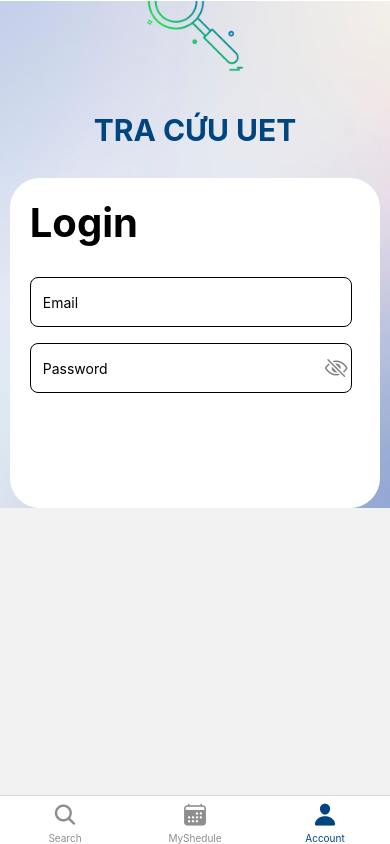
Repository: nguyenkhackien/Student-Progress-Tracker-
Screen: /Account (app in MyApp/)
The author's editor kept a copy of each file at every save. The screen is drawn from the files as they stood at one save, then again after a run of saves.
The app was drawn by React Native's web renderer in a window 390 px wide. The project was rebuilt for these pictures with package versions that can differ from the ones it lists, and the page was loaded fresh each time. Also part of the build but not shown: MyApp/src/components/MyScheduleScreen.js.

Above is the screen before, as saved 2024-07-21 22:05:01.

### MyApp/App.js
import { createBottomTabNavigator } from "@react-navigation/bottom-tabs"
import { StatusBar } from "react-native"
import { Platform, SafeAreaView, StyleSheet, Text, View } from "react-native"
import AccountScreen from "./src/components/AccountScreen"
import MyScheduleScreen from "./src/components/MyScheduleScreen"
import SearchScreen from "./src/components/SearchSreen"
import { NavigationContainer } from "@react-navigation/native"
import { primaryColor } from "./src/Constants/Color"
import { Ionicons } from "@expo/vector-icons"

const Tab = createBottomTabNavigator()
const screenOptions = {
    headerShown: false,
    tabBarActiveTintColor: primaryColor,
}
export default function App() {
    return (
        <SafeAreaView style={styles.root}>
            <NavigationContainer>
                <Tab.Navigator screenOptions={screenOptions}>
                    <Tab.Screen
                        name="Search"
                        component={SearchScreen}
                        options={{
                            tabBarIcon: ({ focus, color, size }) => {
                                return (
                                    <Ionicons
                                        name={"search"}
                                        size={size}
                                        color={color}
                                    />
                                )
                            },
                        }}
                    />
                    <Tab.Screen
                        name="MyShedule"
                        component={MyScheduleScreen}
                        options={{
                            tabBarIcon: ({ focus, color, size }) => {
                                return (
                                    <Ionicons
                                        name={"calendar"}
                                        size={size}
                                        color={color}
                                    />
                                )
                            },
                        }}
                    />
                    <Tab.Screen
                        name="Account"
                        component={AccountScreen}
                        options={{
                            tabBarIcon: ({ focus, color, size }) => {
                                return (
                                    <Ionicons
                                        name={"person"}
                                        size={size}
                                        color={color}
                                    />
                                )
                            },
                        }}
                    />
                </Tab.Navigator>
            </NavigationContainer>
        </SafeAreaView>
    )
}
const styles = StyleSheet.create({
    root: {
        flex: 1,
        paddingTop: Platform.OS === "android" ? StatusBar.currentHeight : 1,
    },

})

### MyApp/src/components/AccountScreen.js
import { StyleSheet, Text, View } from "react-native"
import LoginScreen from "./LoginScreen"
export default function AccountScreen() {
    return (
        <LoginScreen/>
    )
}
const style = StyleSheet.create({

})

### MyApp/src/components/SearchSreen.js
import { StyleSheet, Text, View } from "react-native"

export default function SearchScreen() {
    return (
        <View>
            <Text> Search screen</Text>
        </View>
    )
}

### MyApp/src/Constants/Color.js
export const primaryColor = "#004580"

### MyApp/src/components/LoginScreen.js
import React, { useState } from "react"
import {
    View,
    Text,
    Image,
    TextInput,
    TouchableOpacity,
    ImageBackground,
} from "react-native"
import { Ionicons } from "@expo/vector-icons"
import { primaryColor } from "../Constants/Color"

const LoginScreen = () => {
    const [Email, setEmail] = useState("")
    const [password, setPassword] = useState("")
    const [passwordVisible, setPasswordVisible] = useState(false)

    const togglePasswordVisibility = () => {
        setPasswordVisible(!passwordVisible)
    }

    return (
        <View>
            <ImageBackground
                source={require("../../assets/bgc.png")}
                style={{ width: "100%", height: "100%" }}
            >
                <View style={styles.container}>
                    <Image
                        source={require("../../assets/logo.png")}
                        style={styles.logoIcon}
                    />
                    <Text style={styles.title}>TRA CỨU UET</Text>
                    <View style={styles.loginContainer}>
                        <Text style={styles.title}>
                            <Text style={{fontSize:40,color:'black'}}>Login</Text>
                        </Text>
                        <View style={styles.inputContainer}>
                            <TextInput
                                style={styles.input}
                                onChangeText={setEmail}
                                value={Email}
                                placeholder="Email"
                            />
                        </View>
                        <View style={styles.inputContainer}>
                            <TextInput
                                style={styles.input}
                                onChangeText={setPassword}
                                value={password}
                                placeholder="Password"
                                secureTextEntry={!passwordVisible}
                            />
                            <TouchableOpacity
                                onPress={togglePasswordVisibility}
                                style={styles.eyeIcon}
                            >
                                <Ionicons
                                    name={
                                        passwordVisible
                                            ? "eye-outline"
                                            : "eye-off-outline"
                                    }
                                    size={24}
                                    color="grey"
                                />
                            </TouchableOpacity>
                        </View>
                    </View>
                </View>
            </ImageBackground>
        </View>
    )
}

const styles = {
    container: {
        flex: 1,
        alignItems: "center",
        justifyContent: "end",
    },
    title: {
        fontSize: 30,
        fontWeight: "bold",
        marginBottom: 30,
        color: primaryColor,
    },
    logoIcon: {
        width: 150,
        height: 150,
        marginVertical: 20,
    },
    loginContainer: {
        width: "95%",
        height: "65%",
        padding: 20,
        backgroundColor: "white",
        borderRadius: 30,
    },
    inputContainer: {
        flexDirection: "row",
        alignItems: "center",
        marginBottom: 16,
    },
    input: {
        flex: 1,
        height: 50,
        borderWidth: 1,
        borderRadius: 8,
        paddingHorizontal: 12,
        marginRight: 8,
    },
    phoneIcon: {
        position: "absolute",
        right: 12,
    },
    eyeIcon: {
        position: "absolute",
        right: 12,
    },
}

export default LoginScreen

After the next 2 saves:
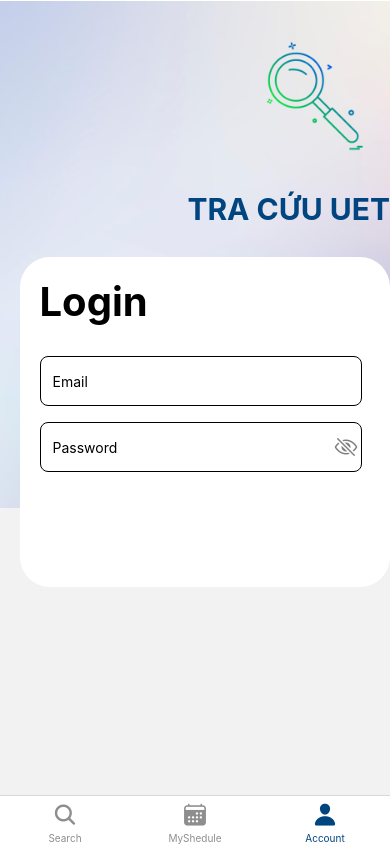
The 2 saves are shown as one change because they came seconds apart.
The last was saved 25 s later.
--- a/MyApp/src/components/LoginScreen.js
+++ b/MyApp/src/components/LoginScreen.js
@@ -76,8 +76,7 @@ const LoginScreen = () => {
 const styles = {
     container: {
         flex: 1,
-        alignItems: "center",
-        justifyContent: "end",
+        alignItems: "end",
     },
     title: {
         fontSize: 30,
